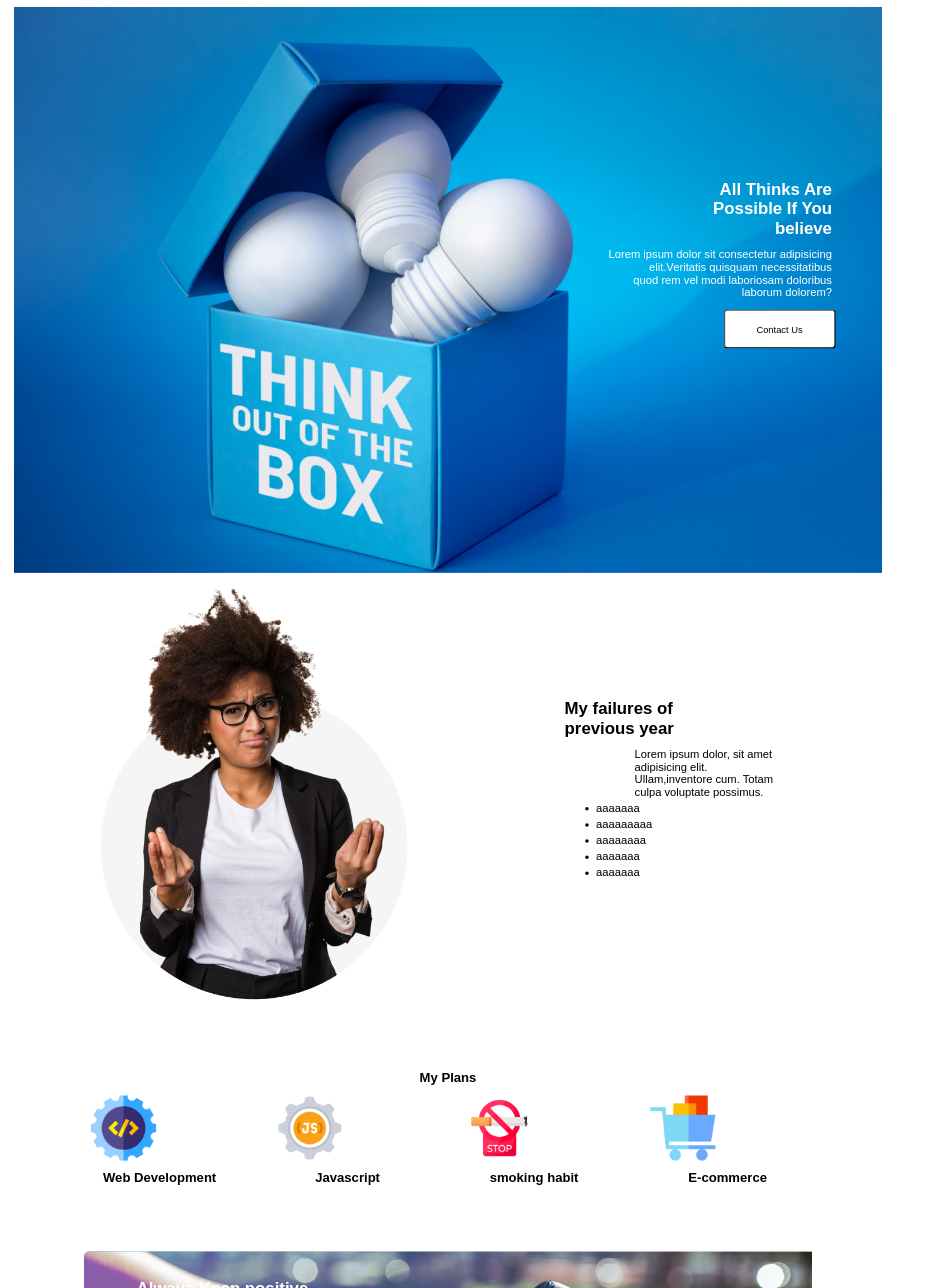
Repository: sadiaafsana138/All-Thinks-Are-Possible-Website
Page: index.html
An editor plug-in stored every save of this project. The page is shown before and after the next save, followed by the edit.
The browser window is 1280 px wide. The page is 1344 px wide, so the pictures cover 1344 px, including what lies to the right of the window. The pictures show the part of the page from y = 0 to 1840 px (the page is 2597 px tall), at 70% of full size.

Above is the page before, as saved 2023-01-08 13:23:37.

After the next save:
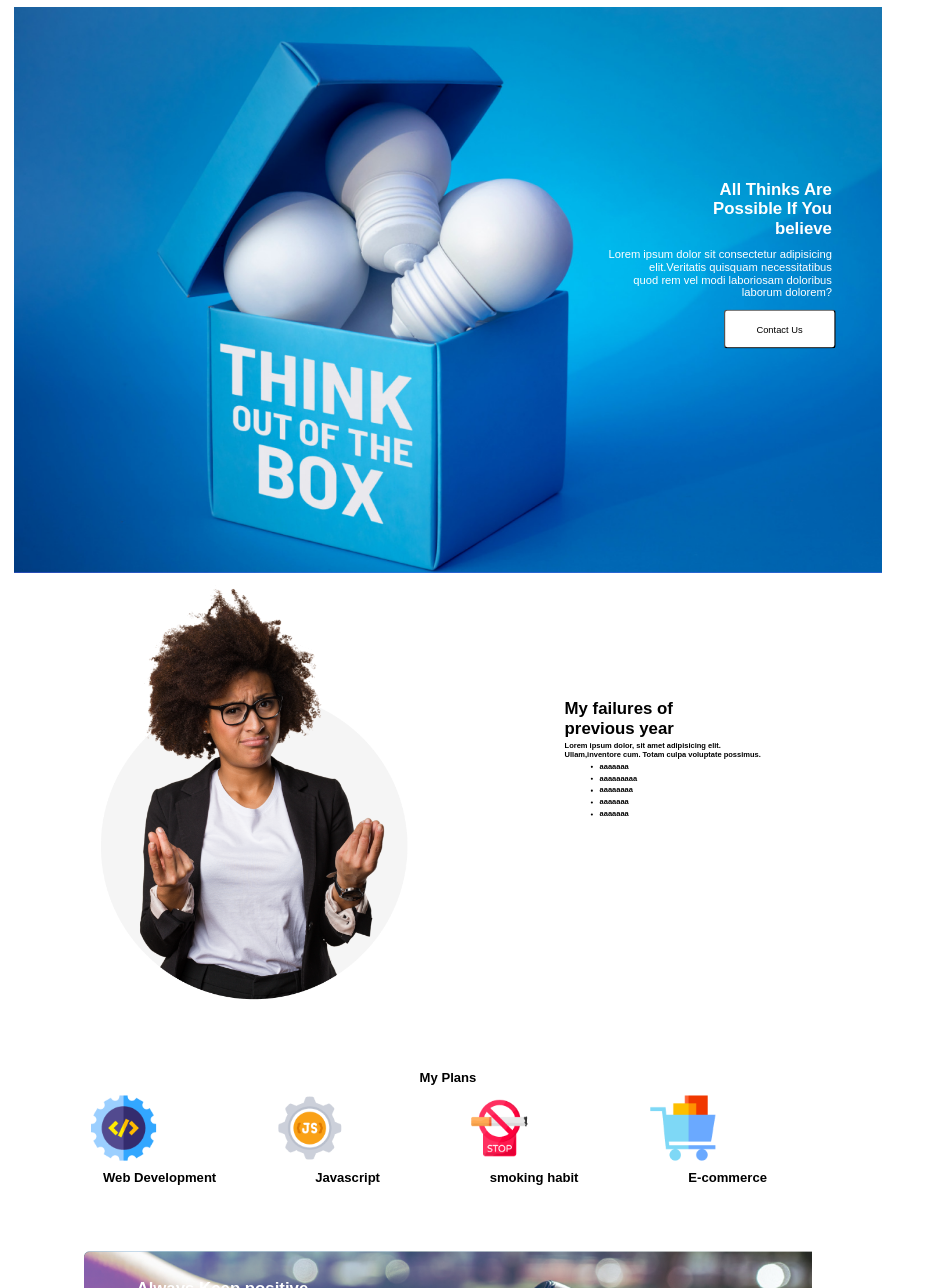
Saved 2 min 9 s later.
--- a/index.html
+++ b/index.html
@@ -35,10 +35,8 @@
                         My failures of <br>
                         previous year
                     </h2>
-                    <p>
-                        Lorem ipsum dolor, sit amet adipisicing
+                    <h6>Lorem ipsum dolor, sit amet adipisicing
                         elit. Ullam,inventore cum. Totam culpa voluptate possimus.
-                    </p>
                     <ul>
                         <li>aaaaaaa</li>
                         <li>aaaaaaaaa</li>
@@ -46,6 +44,7 @@
                         <li>aaaaaaa</li>
                         <li>aaaaaaa</li>
                     </ul>
+                </h6>
                 </div>
             </div>
         </section>
--- a/styles/web.css
+++ b/styles/web.css
@@ -58,7 +58,7 @@
         margin-top: 17%;
         margin-bottom: 20%;
 }
-#sec2text p{
+#sec2text h6{
     text-align: left;
     color: black;
 }

After the save that followed:
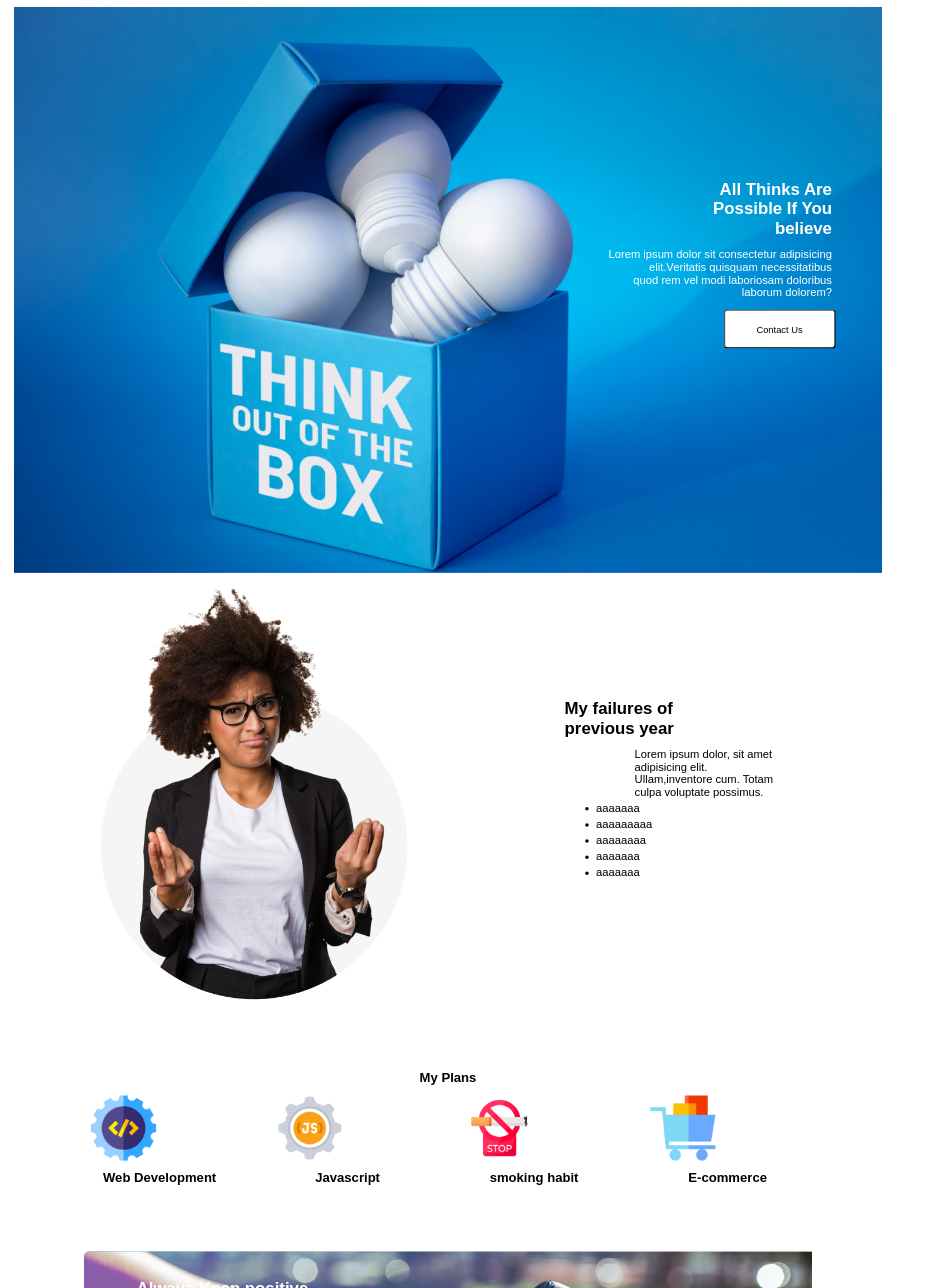
Saved 52 s later.
--- a/index.html
+++ b/index.html
@@ -35,7 +35,7 @@
                         My failures of <br>
                         previous year
                     </h2>
-                    <h6>Lorem ipsum dolor, sit amet adipisicing
+                    <p>Lorem ipsum dolor, sit amet adipisicing
                         elit. Ullam,inventore cum. Totam culpa voluptate possimus.
                     <ul>
                         <li>aaaaaaa</li>
@@ -44,7 +44,7 @@
                         <li>aaaaaaa</li>
                         <li>aaaaaaa</li>
                     </ul>
-                </h6>
+                </p>
                 </div>
             </div>
         </section>
--- a/styles/web.css
+++ b/styles/web.css
@@ -58,7 +58,7 @@
         margin-top: 17%;
         margin-bottom: 20%;
 }
-#sec2text h6{
+#sec2text p{
     text-align: left;
     color: black;
 }
